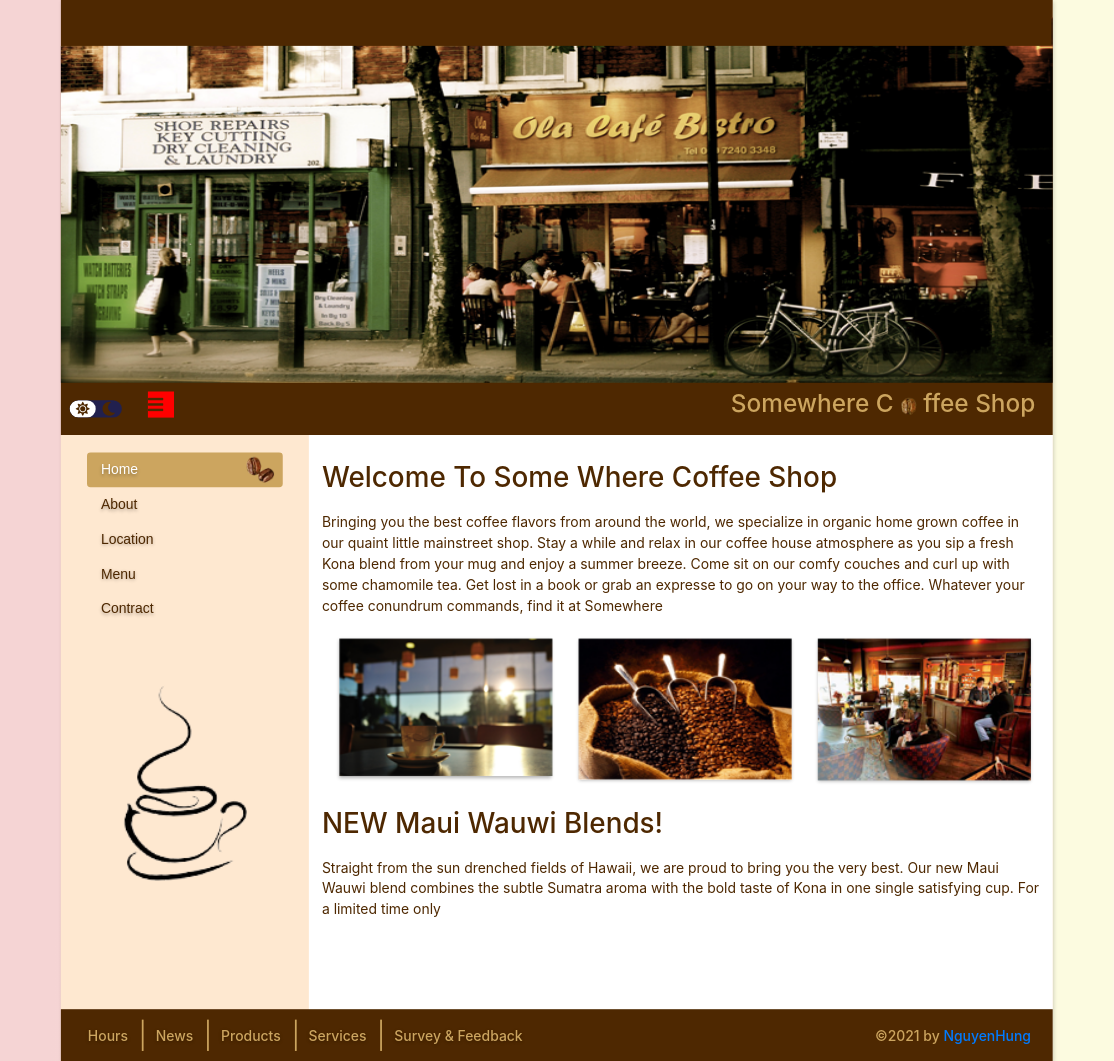
Repository: Hunga9k50doker/SomeWhereCoffeeShop
Page: index.html
The author's editor kept a copy of each file at every save. The page is drawn from the files as they stood at one save, then again after the next save.
The browser window is 1280 px wide. The pictures show the whole page, at 87% of full size.
Some web libraries are served in a nearby version.

Above is the page before, as saved 2021-12-10 11:00:07.

After the next save:
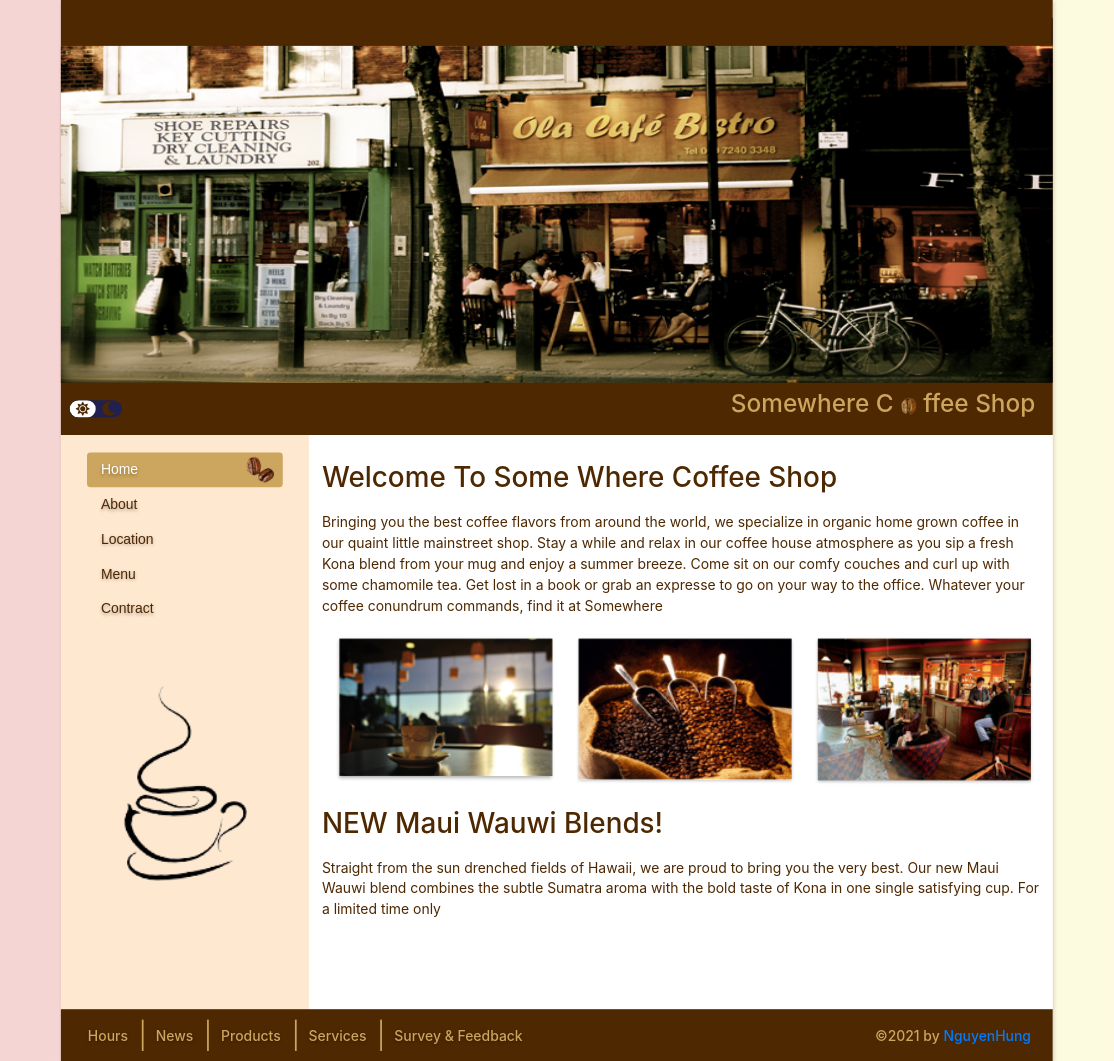
Saved 10 s later.
--- a/css/style.css
+++ b/css/style.css
@@ -132,7 +132,6 @@ input {
    width: 30px;
    z-index: 99;
   color: var(--white-color) !important;
-  background: red;
 
 }
 
